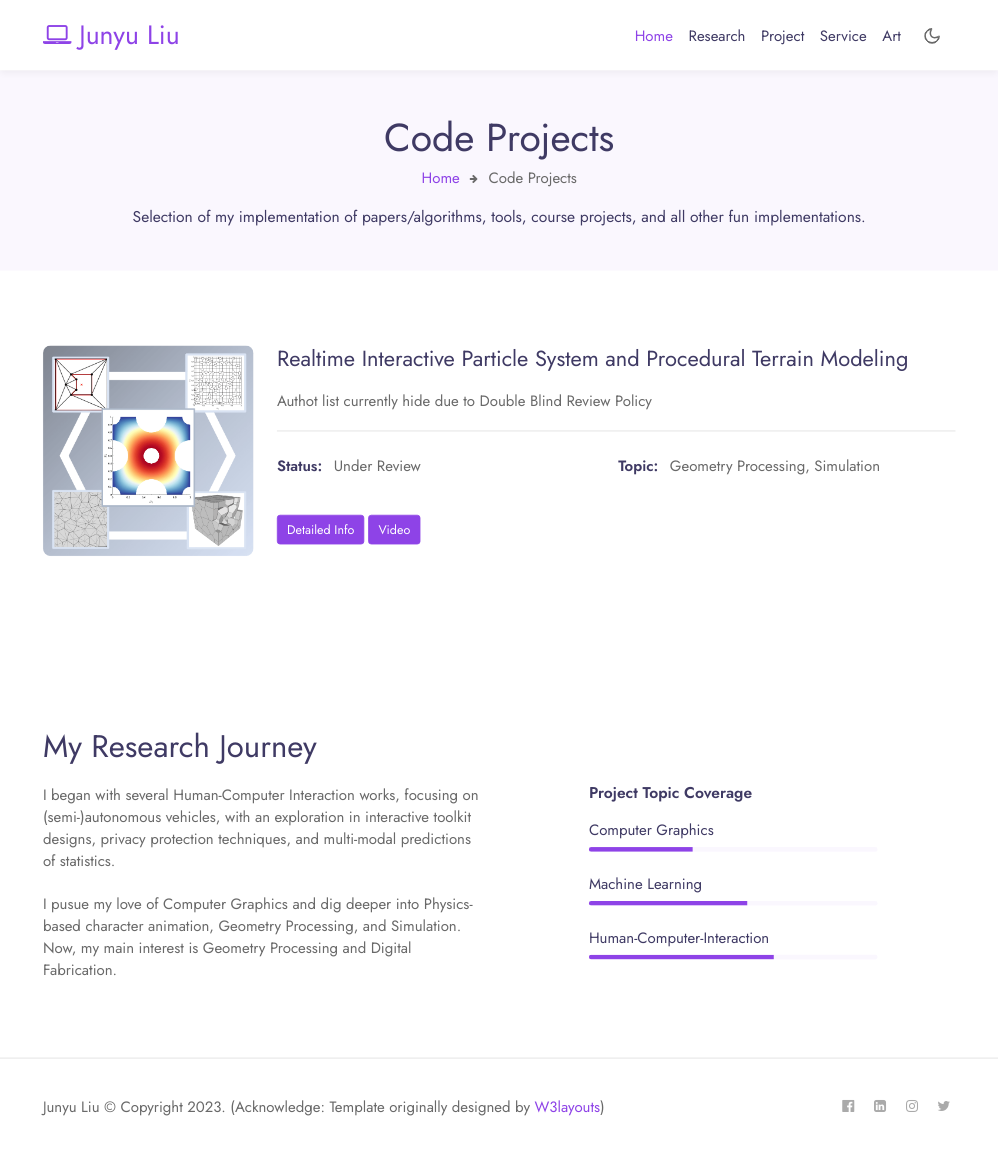
Repository: Junyu-Liu-Nate/junyu-liu-nate.github.io
Page: project.html
An editor plug-in stored every save of this project. The page is shown before and after the next save, followed by the edit.
The browser window is 1280 px wide. The pictures show the whole page, at 78% of full size.

Above is the page before, as saved 2024-04-10 18:03:09.
Console error: TypeError: Cannot read properties of null (reading 'classList')

After the next save:
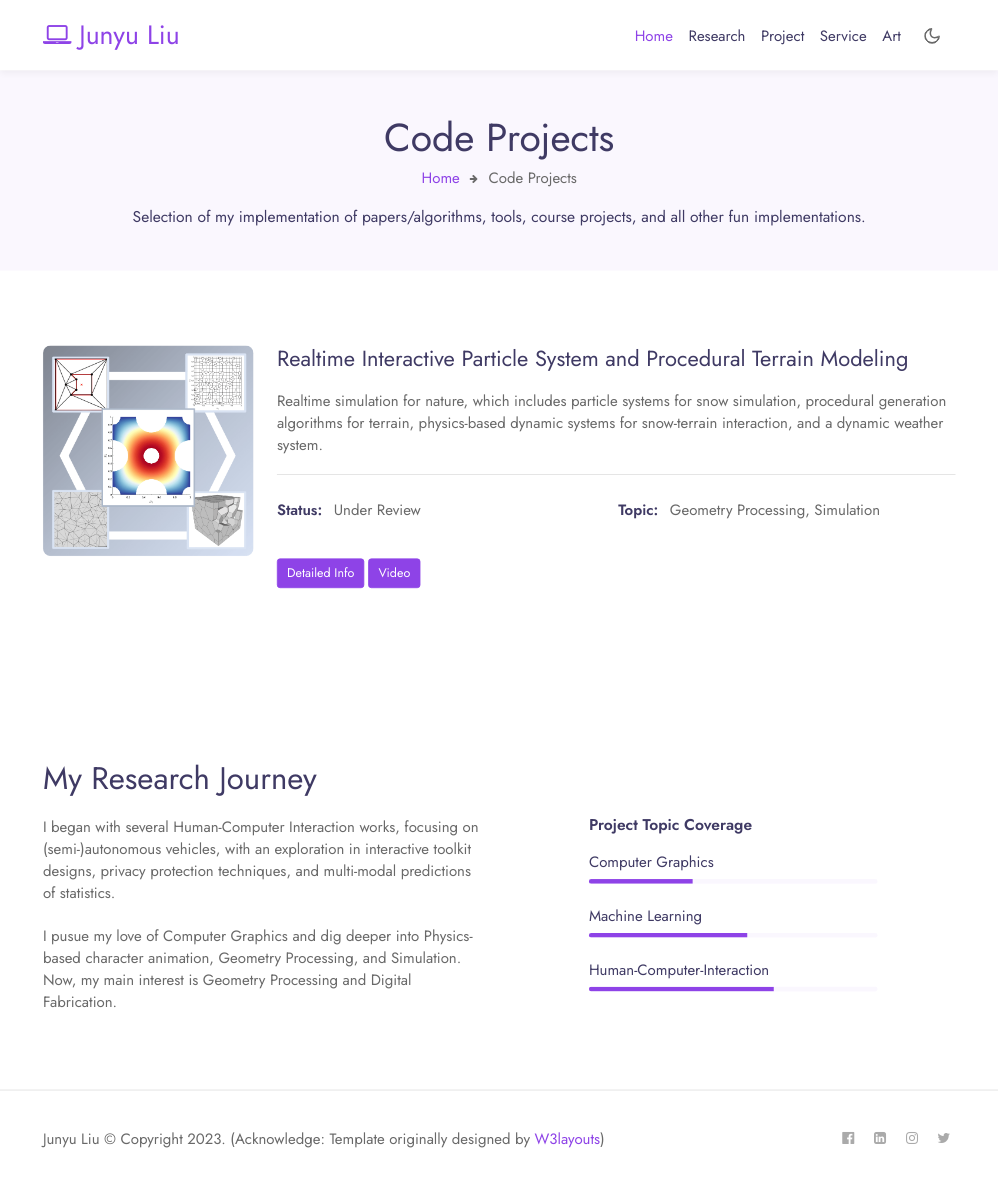
Saved 14 s later.
--- a/project.html
+++ b/project.html
@@ -109,7 +109,7 @@ Author URL: http://w3layouts.com
                     <!-- <h5 class="title-small mb-2">Hello, I am UI/UX Designer</h5> -->
                     <h3 class="title">Realtime Interactive Particle System and Procedural Terrain Modeling</h3>
                     <p class="mt-4">
-                      Authot list currently hide due to Double Blind Review Policy
+                      Realtime simulation for nature, which includes particle systems for snow simulation, procedural generation algorithms for terrain, physics-based dynamic systems for snow-terrain interaction, and a dynamic weather system.
                     </p>
                     <!-- <p class="mt-4">Proposed, developed and validated the first formalization method of Feint actions, the Palindrome-directed Generation of Feint. Designed and developed an automatic Feint generation model, FeintNet, to incorporate action-level policy designs with the formalization, enabling the effectiveness of Feint in multi-agent scenarios. The experiment results show that Feint actions brings overall benefits and introduce a great extent of diversity in Multi-Player Games.</p> -->
                     <div class="my-info mt-4">
